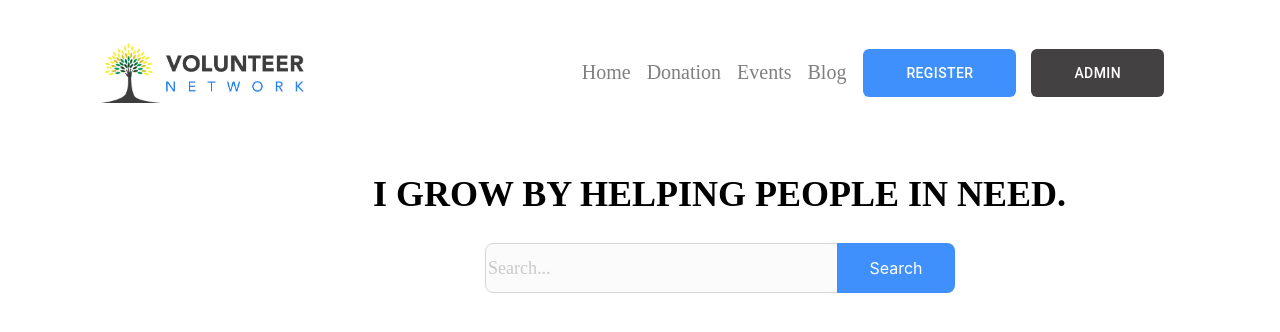
Repository: MdTahsinAmin/volunteer-network-client
Page: /
The author's editor kept a copy of each file at every save. The page is drawn from the files as they stood at one save, then again after the next save.
The browser window is 1280 px wide. The pictures show the whole page.
The page's requests for data from a server got no answer. The project was rebuilt for these pictures with package versions that can differ from the ones it lists, and the page was loaded fresh each time. No one was signed in, and anything a server would have sent is missing. Also part of the build but not shown: src/components/AdminPanel/AdminPanel.css, src/components/Volunteers/Volunteers.css, src/components/Volunteers/Volunteers.js, src/components/CreateNetwork/CreateNetwork.js, src/components/AdminPanel/AdminPanel.js, src/components/AllVolunteerNetwork/AllVolunteerNetwork.js.

Above is the page before, as saved 2020-10-06 01:00:41.

### public/index.html
<!DOCTYPE html>
<html lang="en">
  <head>
    <meta charset="utf-8" />
    <link rel="icon" href="%PUBLIC_URL%/favicon.ico" />
    <meta name="viewport" content="width=device-width, initial-scale=1" />
    <meta name="theme-color" content="#000000" />
    <meta
      name="description"
      content="Web site created using create-react-app"
    />
    <link rel="apple-touch-icon" href="%PUBLIC_URL%/logo192.png" />
    <!--
      manifest.json provides metadata used when your web app is installed on a
      user's mobile device or desktop. See https://developers.google.com/web/fundamentals/web-app-manifest/
    -->
    <link rel="manifest" href="%PUBLIC_URL%/manifest.json" />
    <!--
      Notice the use of %PUBLIC_URL% in the tags above.
      It will be replaced with the URL of the `public` folder during the build.
      Only files inside the `public` folder can be referenced from the HTML.

      Unlike "/favicon.ico" or "favicon.ico", "%PUBLIC_URL%/favicon.ico" will
      work correctly both with client-side routing and a non-root public URL.
      Learn how to configure a non-root public URL by running `npm run build`.
    -->
    <title>Volunteer Network</title>
  </head>
  <body>
    <noscript>You need to enable JavaScript to run this app.</noscript>
    <div id="root"></div>
    <!--
      This HTML file is a template.
      If you open it directly in the browser, you will see an empty page.

      You can add webfonts, meta tags, or analytics to this file.
      The build step will place the bundled scripts into the <body> tag.

      To begin the development, run `npm start` or `yarn start`.
      To create a production bundle, use `npm run build` or `yarn build`.
    -->
  </body>
</html>

### src/App.js
import React from 'react';
import './App.css';
import Header from './components/Header/Header';
import {
  BrowserRouter as Router,
  Switch,
  Route,
  Link
} from "react-router-dom";
import AdminPanel from './components/AdminPanel/AdminPanel';
import Home from './components/Home/Home';
function App() {
  return (
    <div className="App">
     <Router>
      <Switch>
        <Route path ='/home'>
            <div className='App2'>
            <Header navbar={true}></Header>
              <Home></Home>
            </div>
        </Route>
        <Route path="/adminPanel">
           <div>
           <Header navbar={false}></Header>
           <AdminPanel/>
           </div>
        </Route>
        <Route exact path="/">
          <div className='App2'>
           <Header navbar={true}></Header>
           <Home></Home>
          </div>
        </Route>
      </Switch>
     </Router>
    </div>
  );
}

export default App;

### src/App.css
.App {

}
.App2{

}
.App-logo {
  height: 40vmin;
  pointer-events: none;
}

@media (prefers-reduced-motion: no-preference) {
  .App-logo {
    animation: App-logo-spin infinite 20s linear;
  }
}

.App-header {
  background-color: #282c34;
  min-height: 100vh;
  display: flex;
  flex-direction: column;
  align-items: center;
  justify-content: center;
  font-size: calc(10px + 2vmin);
  color: white;
}

.App-link {
  color: #61dafb;
}

@keyframes App-logo-spin {
  from {
    transform: rotate(0deg);
  }
  to {
    transform: rotate(360deg);
  }
}

### src/components/Header/Header.js
import React from 'react';
import { Link, useHistory } from 'react-router-dom';
import './Header.css'
import volunteerLogo from '../../logos/volunteer.png';
import { styled } from '@material-ui/core/styles';
import Button from '@material-ui/core/Button';

// Material Button

const MyButton = styled(Button)({
    background: 'linear-gradient(45deg, #3F90FC 30%, #3F90FC 90%)',
    border: 0,
    borderRadius: '6px',
    color: 'white',
    height: 48,
    padding: '14px 43px',
    marginRight:'15px',
    marginLeft:'9px',
    cursor:'pointer'
  });

  const AdminBtn = styled(Button)({
    background: 'linear-gradient(45deg, #434141 30%, #434141 90%)',
    border: 0,
    borderRadius: '6px',
    color: 'white',
    height: 48,
    padding: '14px 43px',
    marginRight:'15px',
    cursor:'pointer'
  })

const Header = (props) => {

    const history = useHistory();

    const handleAdminPanel = () =>{
         history.push('/adminPanel');
    }


    return (
      <div className="header">
          <div className={props.navbar ? "container" : 'adminPanel'}>
          <nav className="navbar navbar-expand-lg navbar-light">
            <Link to='/home' className="navbar-brand"><img className={props.navbar ?'volunteerLogo':'Logo'} src={volunteerLogo} alt=""/></Link>
            <button className="navbar-toggler" type="button" data-toggle="collapse" data-target="#navbarSupportedContent" aria-controls="navbarSupportedContent" aria-expanded="false" aria-label="Toggle navigation">
                <span className="navbar-toggler-icon"></span>
            </button>
            {
                !props.navbar && <h5 className="volunteer-title">Volunteer register list</h5>
            }
            {
                props.navbar &&  <div className="collapse navbar-collapse" id="navbarSupportedContent">
                <ul className="navbar-nav ml-auto">
                <li className="nav-item">
                    <Link className="nav-link item-nav">Home</Link>
                </li>
                <li className="nav-item">
                    <Link className="nav-link item-nav">Donation</Link>
                </li>
                <li className="nav-item">
                    <Link className="nav-link item-nav">Events</Link>
                </li>
                <li className="nav-item">
                    <Link className="nav-link item-nav">Blog</Link>
                </li>
                <li className="nav-item">
                    <MyButton>Register</MyButton>
                </li>
                <li className="nav-item">
                   <AdminBtn
                     onClick={handleAdminPanel}
                   >Admin
                   </AdminBtn>
                </li>
                </ul>
            </div>
            }
            </nav>
      </div>
   </div>
    );
};

export default Header;

### src/components/Home/Home.js
import React, { useEffect,useState } from 'react';
import AllVolunteerNetwork from '../AllVolunteerNetwork/AllVolunteerNetwork';
import './Home.css'
const Home = () => {

    const [allEvents , setAllEvents] = useState([]);

    useEffect(()=>{
         async function fetchData(){
             const request = await fetch('http://localhost:5200/allEvents')
             return request;
         }
        fetchData().then(response => response.json())
        .then(data => setAllEvents(data));

    },[])

    //console.log(allEvents)
    return (
        <div className ='home'>
             <div className='title-searchBox'>
                 <h3 className='title'>I grow by helping people in need.</h3>
                  <input type="text" placeholder='Search...'/>
                   <button className='search-btn'>Search</button>
             </div>
             <div className='allEvents container'>
                 <div className="row">
                    {
                    allEvents.map(event => <AllVolunteerNetwork event={event} key={event._id}></AllVolunteerNetwork>)
                    }
                 </div>
             </div>
        </div>
    );
};

export default Home;

### src/components/Header/Header.css
.volunteerLogo{
    width: 202.81px;
    height: 60px;
    left: 88px;
    top: 44px;
}
.header{
    margin-top: 30px;
}
.nav-link{
    font-family: Montserrat;
    font-style: normal;
    font-weight: 500;
    font-size: 20px;
    text-align: center;
    color: #0B0B0B;
}
.volunteer-title{
    margin-left:65px;
    font-style: normal;
    font-weight: 500;
    font-size: 22px;
}

### src/components/Home/Home.css

input{
    display: inline-block;
    font-size:20px;
    box-sizing: border-box;
}
input[type="text"]{
    position: absolute;
    width: 470px;
    height: 50px;
    left: 485px;
    top: 243px;
    border: none;
    outline: none;
    background: #FBFBFB;
    border: 1px solid #D6D6D6;
    box-sizing: border-box;
    border-radius: 8px;
}

.search-btn{
    position: absolute;
    width: 118px;
    height: 50px;
    left: 837px;
    top: 243px;
    background: #3F90FC;
    border: none;
    outline: none;
    cursor: pointer;
    border-radius: 0px 8px 8px 0px;
    color:#fff;

}
.title-searchBox{
    text-align: center;
}
.title{
    position: absolute;
    width: 729px;
    height: 44px;
    left: 355px;
    top: 173px;
    font-family: Montserrat;
    font-style: normal;
    font-weight: bold;
    font-size: 36px;
    text-align: center;
    text-transform: uppercase;
    color: #000000;
}
.allEvents{
    position: absolute;
    top:350px;
    left:100px;
}
::placeholder{
    font-family: Montserrat;
    font-style: normal;
    font-weight: 500;
    font-size: 18px;
}

### src/components/CreateNetwork/CreateNetwork.css
.create-network{
    margin-top:70px;
    background-color: #fff;
    padding:68px;
    border-radius: 20px;
    overflow: hidden;
}
.formField{
    background-color: white;
}

.originToDestination input{
    width: 400px;
    height: 40px;
    background: #FFFFFF;
    border: 0.666667px solid #C9C9C9;
    box-sizing: border-box;
    border-radius: 3.33333px;
    margin-bottom: 10px;
}
.event{
    margin-right:80px;
}
.toFrom{
    margin-right:80px;
}
.description{
    width: 400px;
    height: 121px;
    background: #FFFFFF;
    border: 0.666667px solid #C9C9C9;
    box-sizing: border-box;
    border-radius: 3.33333px;
}
::placeholder{
    font-family: Roboto;
    font-style: normal;
    font-weight: normal;
    font-size: 16px;
    color: #C9C9C9;
}
input[type='file']{
    display:none;
}
label{
    width: 173px;
    height:40px;
    background: #E5F3FF;
    border: 1px solid #0084FF;
    box-sizing: border-box;
    border-radius: 5px;
    font-family: Roboto;
    font-style: normal;
    font-weight: normal;
    font-size: 16px;
    color: #0084FF;
    justify-content: center;
    align-items: center;
    cursor: pointer;
    text-align: center;
}
.submit{
    position: absolute;
    width: 108px;
    height: 37px;
    top: 565px;
    left: 1200px;
    background-color:#0084FF;
    border-radius:6px;
    border: none;
    color: #fff;
}
.upload{
    position: absolute;
    width: 99px;
    height: 19px;
    left: 916px;
    top: 288px;
    margin-top:80px;
    margin-left: 20px;

}
.cloudLogo{
    position: absolute;
    width: 24px;
    height: 24px;
    left: 885px;
    top: 285px;
    margin-top:84px;
    margin-left:25px;
}

### src/components/AllVolunteerNetwork/AllVolunteerNetwork.css
.all-networks{
    width: 270px;
    height: 320px;
    border-radius: 10px;
    margin-bottom:15px;
}
.event-image{
    width: 270px;
    height: 320px;
}
.footer-title{
    position: absolute;
    top:25px;
    left: 30px;
    right: 30px;
    text-align: center;
    z-index: 10;
    color: #ffff;
    overflow: hidden;
}

::placeholder{
    font-family: Montserrat;
    font-style: normal;
    font-weight: 500;
    font-size: 16px;
}

Loaded but not shown: src/index.js (common file); src/index.css (common file); src/serviceWorker.js (common file)

After the next save:
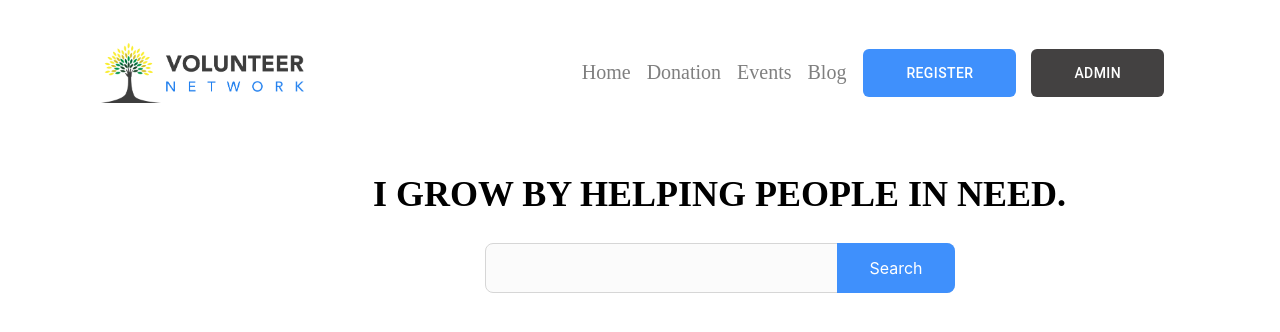
Saved 18 s later.
--- a/src/components/Home/Home.css
+++ b/src/components/Home/Home.css
@@ -59,4 +59,5 @@
     font-style: normal;
     font-weight: 500;
     font-size: 18px;
+    margin-left:502px;
 }

After the save that followed:
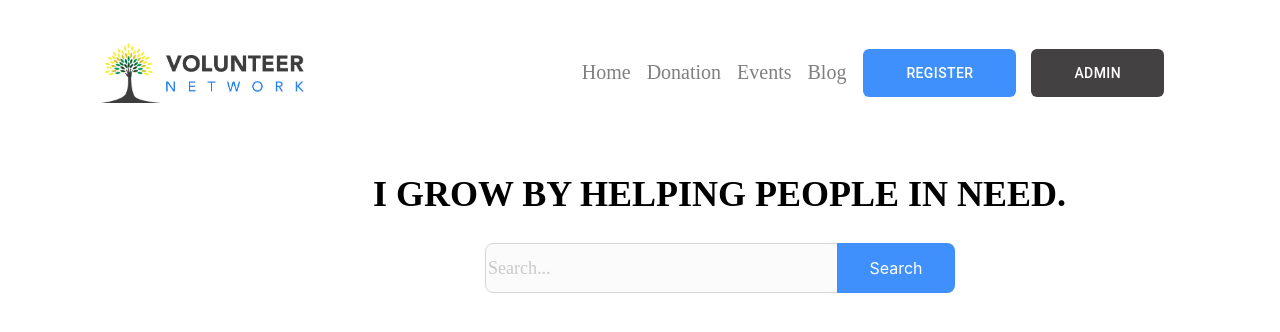
Saved 28 s later.
--- a/src/components/Home/Home.css
+++ b/src/components/Home/Home.css
@@ -59,5 +59,4 @@
     font-style: normal;
     font-weight: 500;
     font-size: 18px;
-    margin-left:502px;
 }
